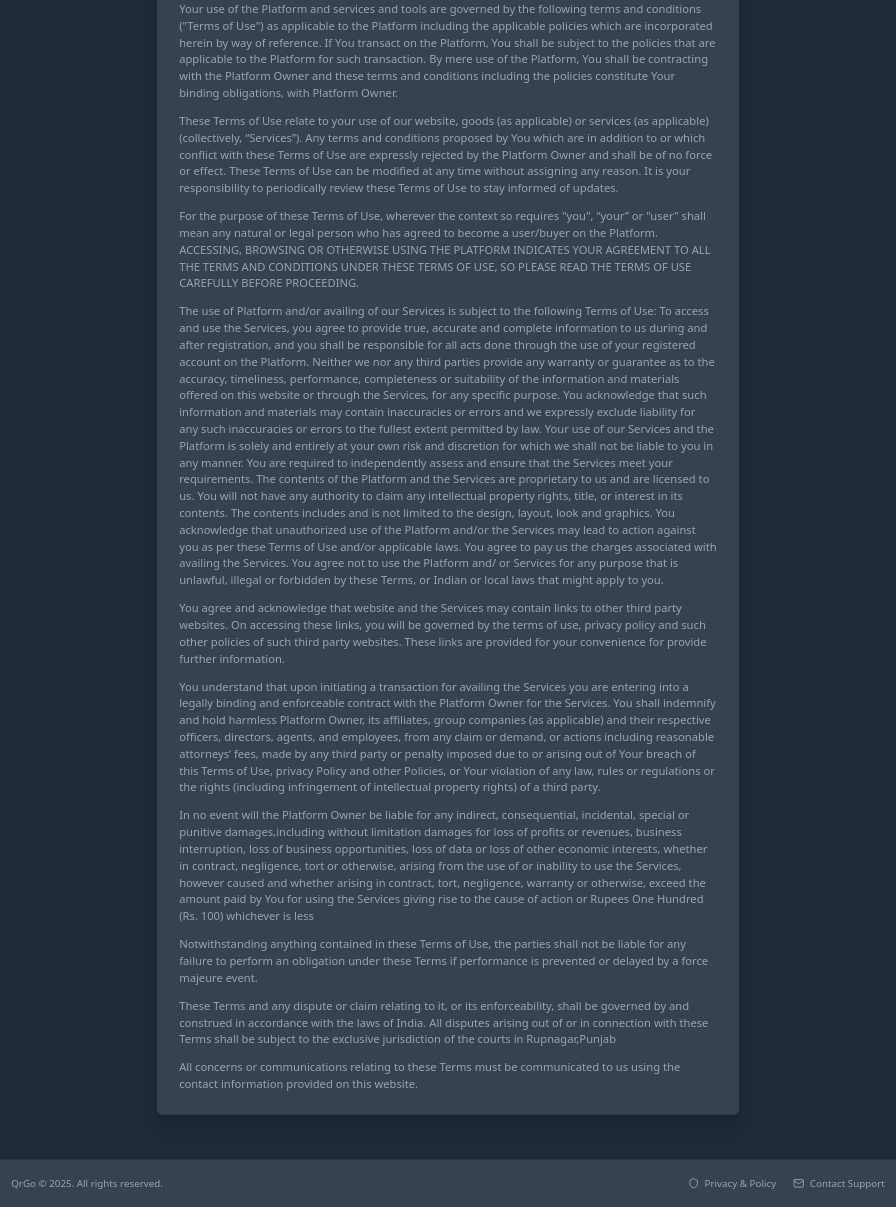
Repository: Dhakshin2007/QrGo
Page: /#/privacy-policy
These files come from the project's save history. The page is drawn as it stood at one moment and after a run of saves; the edit follows.
The browser window is 1280 px wide. The pictures show the part of the page from y = 3489 to 5409 px (the page is 5213 px tall before and 5409 px after), at 70% of full size.
Some web libraries are served in a nearby version. The project was rebuilt for these pictures with package versions that can differ from the ones it lists, and the page was loaded fresh each time. Also part of the build but not shown: vite.config.ts, components/EventCard.tsx, pages/HomePage.tsx, pages/BookingPage.tsx, components/TicketCard.tsx, pages/MyTicketsPage.tsx, services/aiService.ts, pages/AdminPage.tsx.

Above is the page before, as saved 2025-08-10 20:25:03.

### index.html
<!DOCTYPE html>
<html lang="en">
  <head>
    <meta name="description" content="Website Used to Host Events and Book Tickets and Inbuild scanning. If You want to Host an Event, Contact Us." />
<meta name="keywords" content="QrGo , QrGo Startup , Events IIT Ropar,Tickets , District , Paytm , Zomato , Ticket Booking , Event Hosting ,  Telugu Students IIT, IIT Ropar culture, IIT Ropar">
<meta name="author" content="Kotha Dhakshin">
<meta property="og:title" content="QrGo - Event Ticket Hosting Platform" />
<meta property="og:description" content="Official site for QrGo. Events, Bookings, and student details." />
<meta property="og:url" content="https://qrgo-weld.vercel.app/" />
<meta property="og:type" content="website" />
<meta property="og:image" content="#" />

  <meta charset="UTF-8" />
    <link rel="icon" type="image/png" href = "https://i.postimg.cc/qqd3M6cN/Google-AI-Studio-2025-08-09-T14-17-15-618-Z.png" />
    <meta name="viewport" content="width=device-width, initial-scale=1.0" />
    <title>QrGo</title>
    <script src="https://cdn.tailwindcss.com"></script>
    <script>
      tailwind.config = {
        theme: {
          extend: {
            colors: {
              'primary': '#14b8a6', // teal-500
              'primary-focus': '#0d9488', // teal-600
              'background': '#1f2937', // gray-800
              'surface': '#374151', // gray-700
              'on-surface': '#f3f4f6', // gray-200
              'on-surface-secondary': '#9ca3af', // gray-400
              'accent': '#6366f1', // indigo-500
            }
          }
        }
      }
    </script>
    <!-- html5-qrcode library -->
    <script src="https://unpkg.com/html5-qrcode" type="text/javascript"></script>
  <script type="importmap">
{
  "imports": {
    "react-router-dom": "https://esm.sh/react-router-dom@^7.8.0",
    "react-dom/": "https://esm.sh/react-dom@^19.1.1/",
    "react/": "https://esm.sh/react@^19.1.1/",
    "react": "https://esm.sh/react@^19.1.1",
    "lucide-react": "https://esm.sh/lucide-react@^0.539.0",
    "html5-qrcode": "https://esm.sh/html5-qrcode@^2.3.8",
    "qrcode": "https://esm.sh/qrcode@^1.5.4",
    "@supabase/supabase-js": "https://esm.sh/@supabase/supabase-js@2",
    "@google/genai": "https://esm.sh/@google/genai@^1.13.0"
  }
}
</script>
</head>
  <body class="bg-background text-on-surface">
    <div id="root"></div>
    <script type="module" src="/index.tsx"></script>
  </body>
</html>

### pages/PrivacyPolicyPage.tsx


import React from 'react';
import * as ReactRouterDOM from 'react-router-dom';
import { ArrowLeft } from 'lucide-react';

// Reusable component for the branded link to keep the JSX clean.
const QrGoLink = () => (
    <a href="https://qrgo-weld.vercel.app/" target="_blank" rel="noopener noreferrer" className="font-bold text-primary hover:underline">QrGo</a>
);

const PrivacyPolicyPage: React.FC = () => {
  return (
    <div className="max-w-4xl mx-auto animate-fade-in p-4 sm:p-6 lg:p-8">
      <ReactRouterDOM.Link to="/" className="flex items-center gap-2 mb-6 text-primary hover:underline">
          <ArrowLeft size={16} /> Back to Events
       </ReactRouterDOM.Link>
      <div className="bg-surface rounded-lg shadow-xl p-8">
        <h1 className="text-3xl font-bold mb-6 border-b border-background pb-4 text-on-surface">Privacy Policy &amp; Terms</h1>

        <div className="space-y-8 text-on-surface-secondary">

            <section className="space-y-4">
                <h2 className="text-2xl font-bold text-on-surface">Privacy Policy</h2>
                <p>WE DO NOT OFFER ANY CANCELLATION OR REFUND. THIS WEBSITE IS OPERATED BY <b>Dhakshin Kotha & Pathuri Sai Pradeep Chand </b></p>

                <h3 className="text-xl font-semibold text-on-surface">Introduction</h3>
                <p>This Privacy Policy describes how and its affiliates (collectively "<QrGoLink />, we, our, us") collect, use, share, protect or otherwise process your information/ personal data through our website <QrGoLink />(hereinafter referred to as Platform). Please note that you may be able to browse certain sections of the Platform without registering with us.We do not offer any product/service under this Platform outside India and your personal data will primarily be stored and processed in India. By visiting this Platform, providing your information or availing any product/service offered on the Platform, you expressly agree to be bound by the terms and conditions of this Privacy Policy, the Terms of Use and the applicable service/product terms and conditions, and agree to be governed by the laws of India including but not limited to the laws applicable to data protection and privacy. If you do not agree please do not use or access our Platform.</p>

                <h3 className="text-xl font-semibold text-on-surface">Collection</h3>
                <p>We collect your personal data when you use our Platform, services or otherwise interact with us during the course of our relationship.and related information provided from time to time. Some of the information that we may collect includes but is not limited to personal data / information provided to us during sign up/registering or using our Platform such as name, date of birth, address, telephone/mobile number, email IDand/or any such information shared as proof of identity or address. Some of the sensitive personal data may be collected with your consent, such as your bank account or credit or debit card or other payment instrument information or biometric information such as your facial features or physiological information (in order to enable use of certain features when opted for, available on the Platform) etc all of the above being in accordance with applicable law(s) You always have the option to not provide information, by choosing not to use a particular service or feature on the Platform. We may track your behaviour, preferences, and other information that you choose to provide on our Platform. This information is compiled and analysed on an aggregated basis. We will also collect your information related to your transactions on Platform and such third-party business partner platforms. When such a third-party business partner collects your personal data directly from you, you will be governed by their privacy policies. We shall not be responsible for the thirdparty business partner’s privacy practices or the content of their privacy policies, and we request you to read their privacy policies prior to disclosing any information. If you receive an email, a call from a person/association claiming to be seeking any personal data like debit/credit card PIN, net-banking or mobile banking password, we request you to never provide such information. If you have already revealed such information, report it immediately to an appropriate law enforcement agency.</p>

                <h3 className="text-xl font-semibold text-on-surface">Usage</h3>
                <p>We use personal data to provide the services you request. To the extent we use your personal data to market to you, we will provide you the ability to opt-out of such uses. We use your personal data to assist sellers and business partners in handling and fulfilling orders; enhancing customer experience; to resolve disputes; troubleshoot problems; inform you about online and offline offers, products, services, and updates; customise your experience; detect and protect us against error, fraud and other criminal activity; enforce our terms and conditions; conduct marketing research, analysis and surveys; and as otherwise described to you at the time of collection of information. You understand that your access to these products/services may be affected in the event permission is not provided to us.</p>

                <h3 className="text-xl font-semibold text-on-surface">Sharing</h3>
                <p>We may share your personal data internally within our group entities, our other corporate entities, and affiliates to provide you access to the services and products offered by them. These entities and affiliates may market to you as a result of such sharing unless you explicitly opt-out. We may disclose personal data to third parties such as sellers, business partners, third party service providers including logistics partners, prepaid payment instrument issuers, third-party reward programs and other payment opted by you. These disclosure may be required for us to provide you access to our services and products offered to you, to comply with our legal obligations, to enforce our user agreement, to facilitate our marketing and advertising activities, to prevent, detect, mitigate, and investigate fraudulent or illegal activities related to our services. We may disclose personal and sensitive personal data to government agencies or other authorised law enforcement agencies if required to do so by law or in the good faith belief that such disclosure is reasonably necessary to respond to subpoenas, court orders, or other legal process. We may disclose personal data to law enforcement offices, third party rights owners, or others in the good faith belief that such disclosure is reasonably necessary to: enforce our Terms of Use or Privacy Policy; respond to claims that an advertisement, posting or other content violates the rights of a third party; or protect the rights, property or personal safety of our users or the general public.</p>

                <h3 className="text-xl font-semibold text-on-surface">Security Precautions</h3>
                <p>To protect your personal data from unauthorised access or disclosure, loss or misuse we adopt reasonable security practices and procedures. Once your information is in our possession or whenever you access your account information, we adhere to our security guidelines to protect it against unauthorised access and offer the use of a secure server. However, the transmission of information is not completely secure for reasons beyond our control. By using the Platform, the users accept the security implications of data transmission over the internet and the World Wide Web which cannot always be guaranteed as completely secure, and therefore, there would always remain certain inherent risks regarding use of the Platform. Users are responsible for ensuring the protection of login and password records for their account.</p>

                <h3 className="text-xl font-semibold text-on-surface">Data Deletion and Retention</h3>
                <p>You have an option to delete your account by visiting your profile and settings on our Platform , this action would result in you losing all information related to your account. You may also write to us at the contact information provided below to assist you with these requests. We may in event of any pending grievance, claims, pending shipments or any other services we may refuse or delay deletion of the account. Once the account is deleted, you will lose access to the account. We retain your personal data information for a period no longer than is required for the purpose for which it was collected or as required under any applicable law. However, we may retain data related to you if we believe it may be necessary to prevent fraud or future abuse or for other legitimate purposes. We may continue to retain your data in anonymised form for analytical and research purposes.</p>

                <h3 className="text-xl font-semibold text-on-surface">Your Rights</h3>
                <p>You may access, rectify, and update your personal data directly through the functionalities provided on the Platform.</p>

                <h3 className="text-xl font-semibold text-on-surface">Consent</h3>
                <p>By visiting our Platform or by providing your information, you consent to the collection, use, storage, disclosure and otherwise processing of your information on the Platform in accordance with this Privacy Policy. If you disclose to us any personal data relating to other people, you represent that you have the authority to do so and permit us to use the information in accordance with this Privacy Policy. You, while providing your personal data over the Platform or any partner platforms or establishments, consent to us (including our other corporate entities, affiliates, lending partners, technology partners, marketing channels, business partners and other third parties) to contact you through SMS, instant messaging apps, call and/or e-mail for the purposes specified in this Privacy Policy. You have an option to withdraw your consent that you have already provided by writing to the Grievance Officer at the contact information provided below. Please mention “Withdrawal of consent for processing personal data” in your subject line of your communication. We may verify such requests before acting on our request. However, please note that your withdrawal of consent will not be retrospective and will be in accordance with the Terms of Use, this Privacy Policy, and applicable laws. In the event you withdraw consent given to us under this Privacy Policy, we reserve the right to restrict or deny the provision of our services for which we consider such information to be necessary.</p>

                <h3 className="text-xl font-semibold text-on-surface">Changes to this Privacy Policy</h3>
                <p>Please check our Privacy Policy periodically for changes. We may update this Privacy Policy to reflect changes to our information practices. We may alert / notify you about the significant changes to the Privacy Policy, in the manner as may be required under applicable laws.</p>
            </section>

            <section className="space-y-4">
                <h2 className="text-2xl font-bold text-on-surface">Terms &amp; Conditions</h2>
                <p>This document is an electronic record in terms of Information Technology Act, 2000 and rules there under as applicable and the amended provisions pertaining to electronic records in various statutes as amended by the Information Technology Act, 2000. This electronic record is generated by a computer system and does not require any physical or digital signatures. This document is published in accordance with the provisions of Rule 3 (1) of the Information Technology (Intermediaries guidelines) Rules, 2011 that require publishing the rules and regulations, privacy policy and Terms of Use for access or usage of domain name <QrGoLink />, including the related mobile site and mobile application (hereinafter referred to as “Platform”). The Platform is owned by <QrGoLink />, a company incorporated under the Companies Act, 1956 with its registered office at IIT ROPAR (hereinafter referred to as "Platform Owner", “we”, “us”, “our”).</p>
                <p>Your use of the Platform and services and tools are governed by the following terms and conditions ("Terms of Use") as applicable to the Platform including the applicable policies which are incorporated herein by way of reference. If You transact on the Platform, You shall be subject to the policies that are applicable to the Platform for such transaction. By mere use of the Platform, You shall be contracting with the Platform Owner and these terms and conditions including the policies constitute Your binding obligations, with Platform Owner.</p>
                <p>These Terms of Use relate to your use of our website, goods (as applicable) or services (as applicable) (collectively, “Services”). Any terms and conditions proposed by You which are in addition to or which conflict with these Terms of Use are expressly rejected by the Platform Owner and shall be of no force or effect. These Terms of Use can be modified at any time without assigning any reason. It is your responsibility to periodically review these Terms of Use to stay informed of updates.</p>
                <p>For the purpose of these Terms of Use, wherever the context so requires "you", “your” or "user" shall mean any natural or legal person who has agreed to become a user/buyer on the Platform. ACCESSING, BROWSING OR OTHERWISE USING THE PLATFORM INDICATES YOUR AGREEMENT TO ALL THE TERMS AND CONDITIONS UNDER THESE TERMS OF USE, SO PLEASE READ THE TERMS OF USE CAREFULLY BEFORE PROCEEDING.</p>
                <p>The use of Platform and/or availing of our Services is subject to the following Terms of Use: To access and use the Services, you agree to provide true, accurate and complete information to us during and after registration, and you shall be responsible for all acts done through the use of your registered account on the Platform. Neither we nor any third parties provide any warranty or guarantee as to the accuracy, timeliness, performance, completeness or suitability of the information and materials offered on this website or through the Services, for any specific purpose. You acknowledge that such information and materials may contain inaccuracies or errors and we expressly exclude liability for any such inaccuracies or errors to the fullest extent permitted by law. Your use of our Services and the Platform is solely and entirely at your own risk and discretion for which we shall not be liable to you in any manner. You are required to independently assess and ensure that the Services meet your requirements. The contents of the Platform and the Services are proprietary to us and are licensed to us. You will not have any authority to claim any intellectual property rights, title, or interest in its contents. The contents includes and is not limited to the design, layout, look and graphics. You acknowledge that unauthorized use of the Platform and/or the Services may lead to action against you as per these Terms of Use and/or applicable laws. You agree to pay us the charges associated with availing the Services. You agree not to use the Platform and/ or Services for any purpose that is unlawful, illegal or forbidden by these Terms, or Indian or local laws that might apply to you.</p>
                <p>You agree and acknowledge that website and the Services may contain links to other third party websites. On accessing these links, you will be governed by the terms of use, privacy policy and such other policies of such third party websites. These links are provided for your convenience for provide further information.</p>
                <p>You understand that upon initiating a transaction for availing the Services you are entering into a legally binding and enforceable contract with the Platform Owner for the Services. You shall indemnify and hold harmless Platform Owner, its affiliates, group companies (as applicable) and their respective officers, directors, agents, and employees, from any claim or demand, or actions including reasonable attorneys’ fees, made by any third party or penalty imposed due to or arising out of Your breach of this Terms of Use, privacy Policy and other Policies, or Your violation of any law, rules or regulations or the rights (including infringement of intellectual property rights) of a third party.</p>
                <p>In no event will the Platform Owner be liable for any indirect, consequential, incidental, special or punitive damages,including without limitation damages for loss of profits or revenues, business interruption, loss of business opportunities, loss of data or loss of other economic interests, whether in contract, negligence, tort or otherwise, arising from the use of or inability to use the Services, however caused and whether arising in contract, tort, negligence, warranty or otherwise, exceed the amount paid by You for using the Services giving rise to the cause of action or Rupees One Hundred (Rs. 100) whichever is less</p>
                <p>Notwithstanding anything contained in these Terms of Use, the parties shall not be liable for any failure to perform an obligation under these Terms if performance is prevented or delayed by a force majeure event.</p>
                <p>These Terms and any dispute or claim relating to it, or its enforceability, shall be governed by and construed in accordance with the laws of India. All disputes arising out of or in connection with these Terms shall be subject to the exclusive jurisdiction of the courts in Rupnagar,Punjab</p>
                <p>All concerns or communications relating to these Terms must be communicated to us using the contact information provided on this website.</p>
            </section>

            {/* <section className="space-y-4">
                <h2 className="text-2xl font-bold text-on-surface">Shipping Policy</h2>

                <h3 className="text-xl font-semibold text-on-surface">Processing Time</h3>
                <p>All orders are delivered within 2-3 business days. Orders are not shipped or delivered on weekends or holidays. If we are experiencing a high volume of orders, shipments may be delayed by a few days. Please allow additional days in transit for delivery. If there will be a significant delay in the shipment of your order, we will contact you via email or phone.</p>

                <h3 className="text-xl font-semibold text-on-surface">Shipping Time</h3>
                <p>Domestic Shipping: Orders will be delivered within 3 to 4 weeks from the date of order confirmation. Please note that delivery times may be affected by factors beyond our control, such as weather conditions, customs delays, and other unforeseen circumstances.</p>
            </section>

            <section className="space-y-4">
                <h2 className="text-2xl font-bold text-on-surface">Return and Refund policy</h2>

                <h3 className="text-xl font-semibold text-on-surface">Return</h3>
                <p>We have a 5-day return policy, which means you have 5 days after receiving your item to request a return. Once the return product is received it will be inspected and the return will be approved within 2 days</p>/*}

                 */}
        </div>
      </div>
    </div>
  );
};

export default PrivacyPolicyPage;

Loaded but not shown: services/db.ts (374 lines, source omitted); constants.ts (95 lines, source omitted); services/supabaseClient.ts (141 lines, source omitted); App.tsx (111 lines, source omitted); contexts/AuthContext.tsx (76 lines, source omitted); components/Header.tsx (53 lines, source omitted); contexts/ToastContext.tsx (48 lines, source omitted); components/Toast.tsx (39 lines, source omitted); types.ts (49 lines, source omitted); index.tsx (18 lines, source omitted)

After the next 9 saves:
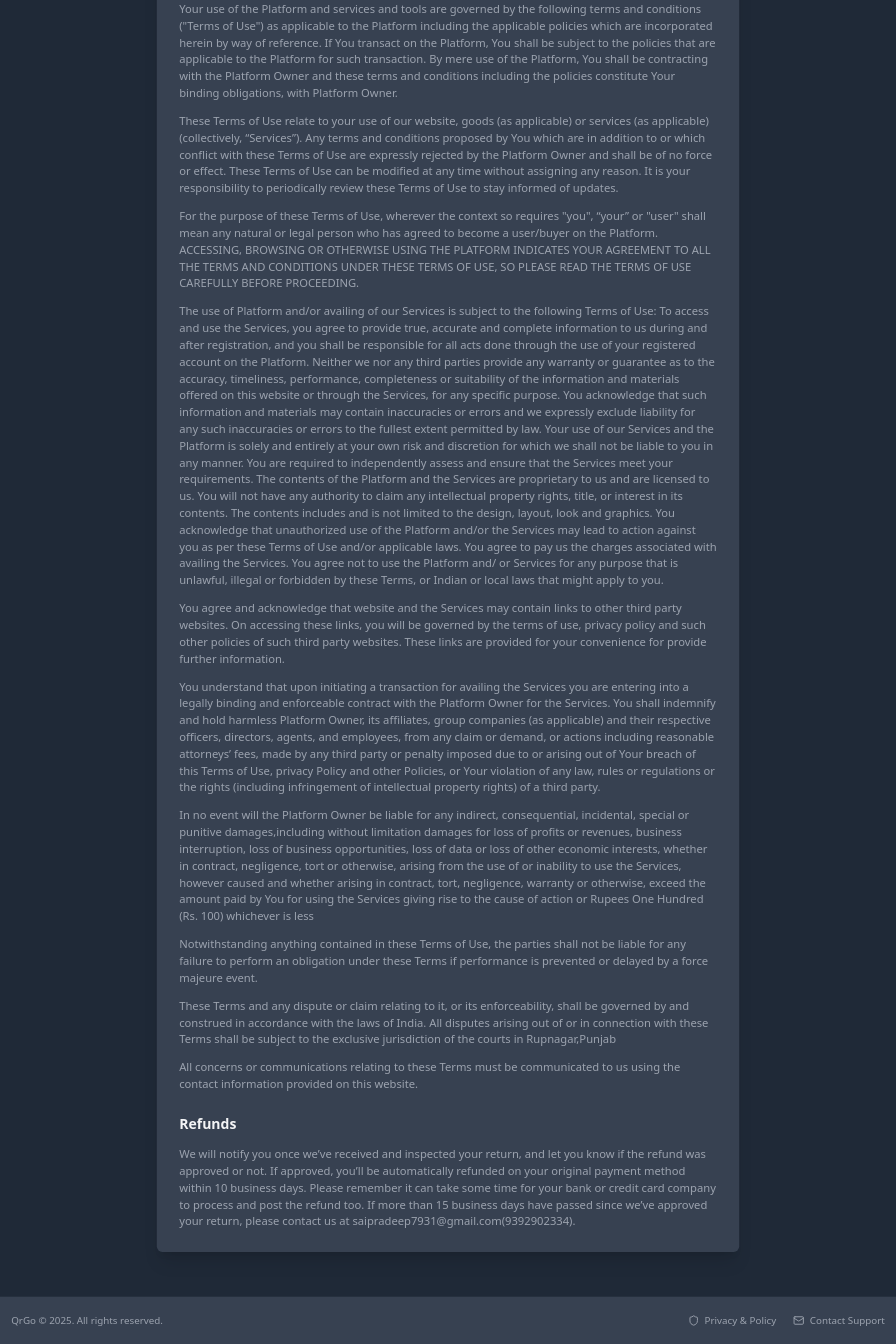
The 9 saves are shown as one change because 1 did not build or start and some came seconds apart.
The last was saved 22 s later.
--- a/pages/PrivacyPolicyPage.tsx
+++ b/pages/PrivacyPolicyPage.tsx
@@ -81,9 +81,13 @@ const PrivacyPolicyPage: React.FC = () => {
                 <h2 className="text-2xl font-bold text-on-surface">Return and Refund policy</h2>
 
                 <h3 className="text-xl font-semibold text-on-surface">Return</h3>
-                <p>We have a 5-day return policy, which means you have 5 days after receiving your item to request a return. Once the return product is received it will be inspected and the return will be approved within 2 days</p>/*}
+                <p>We have a 5-day return policy, which means you have 5 days after receiving your item to request a return. Once the return product is received it will be inspected and the return will be approved within 2 days</p>
 
                  */}
+            <section className="space-y-4">
+                 <h3 className="text-xl font-semibold text-on-surface">Refunds</h3>
+                <p>We will notify you once we’ve received and inspected your return, and let you know if the refund was approved or not. If approved, you’ll be automatically refunded on your original payment method within 10 business days. Please remember it can take some time for your bank or credit card company to process and post the refund too. If more than 15 business days have passed since we’ve approved your return, please contact us at saipradeep7931@gmail.com(9392902334).</p>
+            </section>
         </div>
       </div>
     </div>
